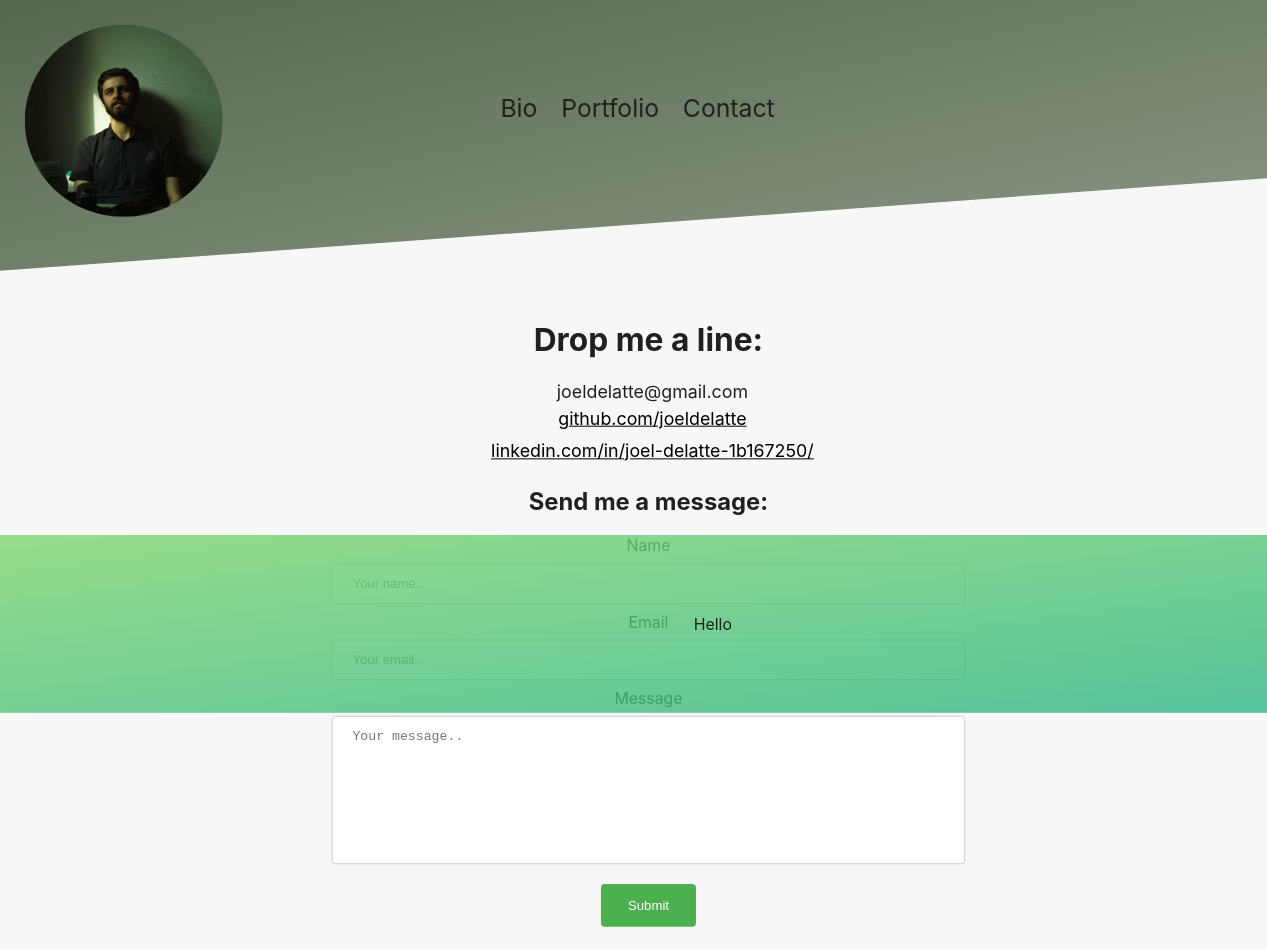
Repository: joeldelatte/react-portfolio
Page: /contact (app in client/)
An editor plug-in stored every save of this project. The page is shown before and after the next save, followed by the edit.
The browser window is 1280 px wide. The pictures show the whole page, at 99% of full size.
The project was rebuilt for these pictures with package versions that can differ from the ones it lists, and the page was loaded fresh each time. Also part of the build but not shown: client/src/App.css, client/src/Components/Bio/bio.css, client/src/Components/Bio/Bio.js, client/src/Components/Portfolio/portfolio.css, client/src/Components/Portfolio/Portfolio.js.

Above is the page before, as saved 2020-07-08 12:08:24.

After the next save:
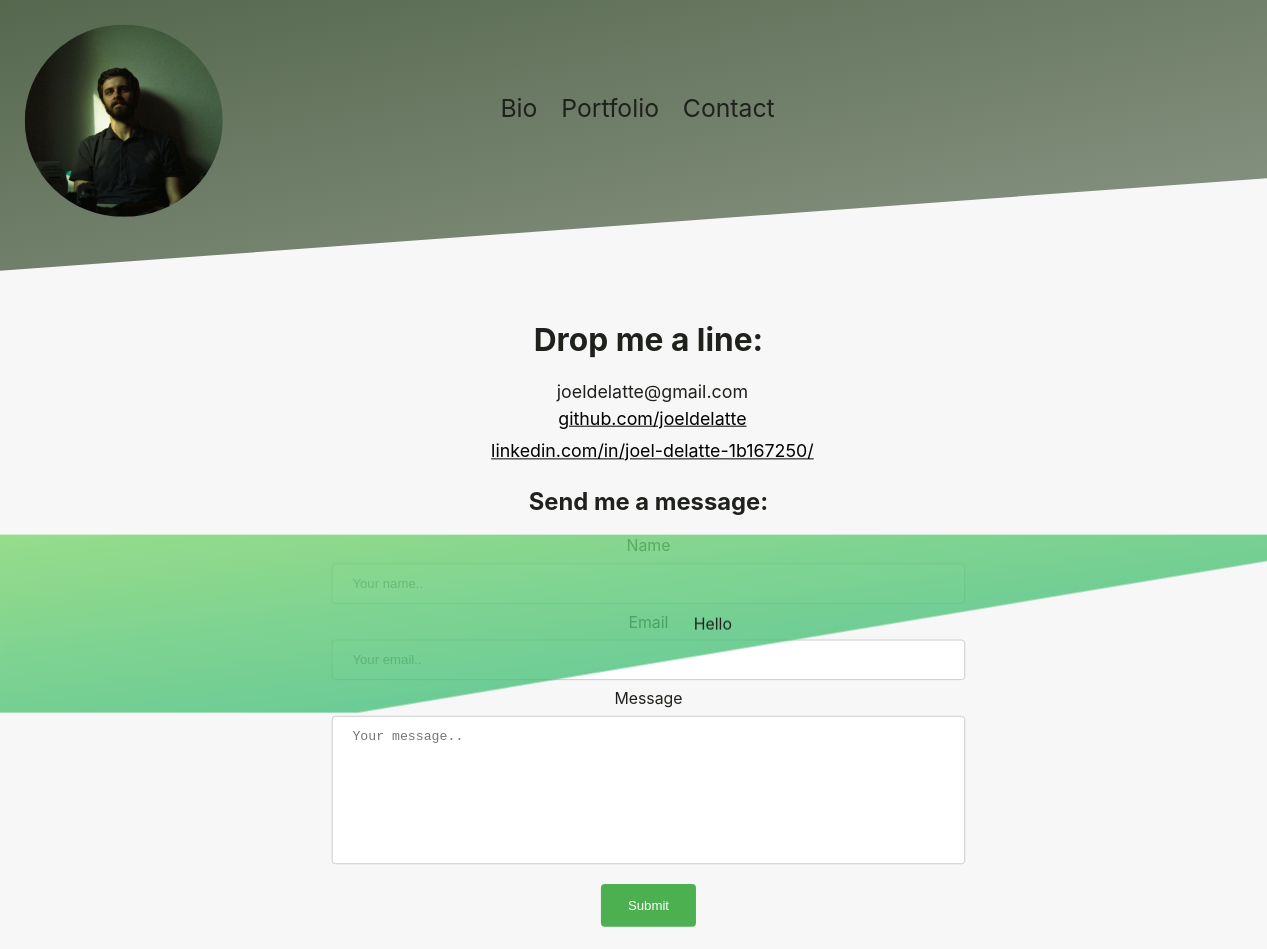
Saved 12 s later.
--- a/client/src/Page/Page.css
+++ b/client/src/Page/Page.css
@@ -43,7 +43,7 @@
   padding: 5rem;
   background-image: linear-gradient(to right bottom, rgba(126, 213, 111, 0.801), rgba(40, 180, 133, 0.801));
   /* -webkit-clip-path: polygon(0 0, 100% 0, 100% 85%, 0 100%); */
-  clip-path: polygon(0 0, 100% 0, 100% 25vh, 0 100%);
+  clip-path: polygon(0 0, 100% 0, 25% 100%, 0 100%);
   /* transform: skewY(-7deg); */
   position: fixed;
   /* left: 0; */
